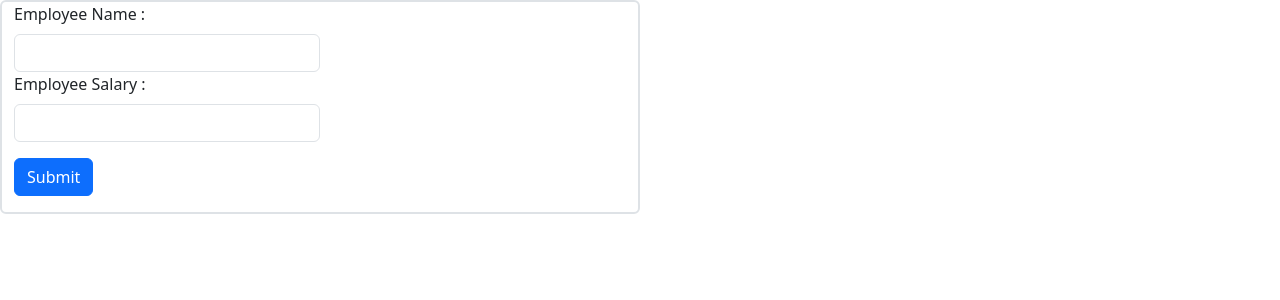
Repository: RG4025/AdvanceJava
Page: ClassWorkFeb15/src/main/webapp/GrossSalary.html
The author's editor kept a copy of each file at every save. The page is drawn from the files as they stood at one save, then again after the next save.
The browser window is 1280 px wide. The pictures show the whole page.

Above is the page before, as saved 2024-02-15 07:16:49.

After the next save:
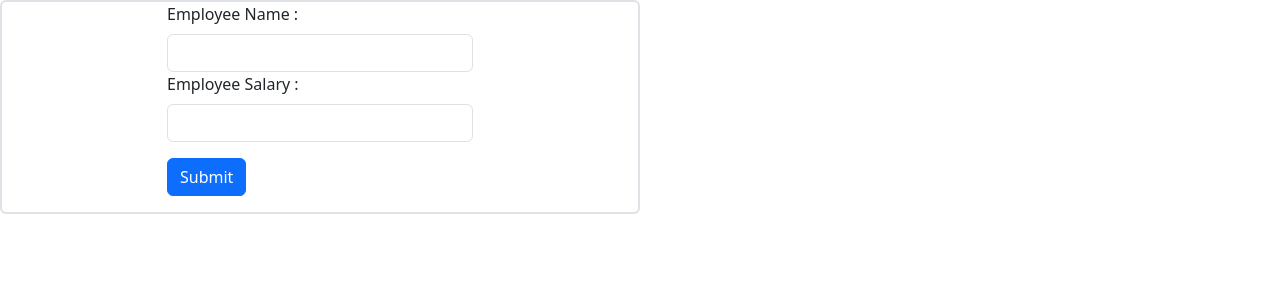
Saved 16 s later.
--- a/ClassWorkFeb15/src/main/webapp/GrossSalary.html
+++ b/ClassWorkFeb15/src/main/webapp/GrossSalary.html
@@ -11,7 +11,7 @@
 		<section class=" w-50 d-flex justify-content-center align-items-center">
 
 		<div class="Main2  mx-auto container border border-2 roundes rounded-2 ">
-			<form class="col-12 col-md-6" method="post" action="FirstSalary">
+			<form class="col-12 col-md-6 mx-auto" method="post" action="FirstSalary">
 					  <div class="mb-3">
 					    <label for="exampleInputEmail1" class="form-label">Employee Name : </label>
 					    <input type="text" class="form-control" name="name">
